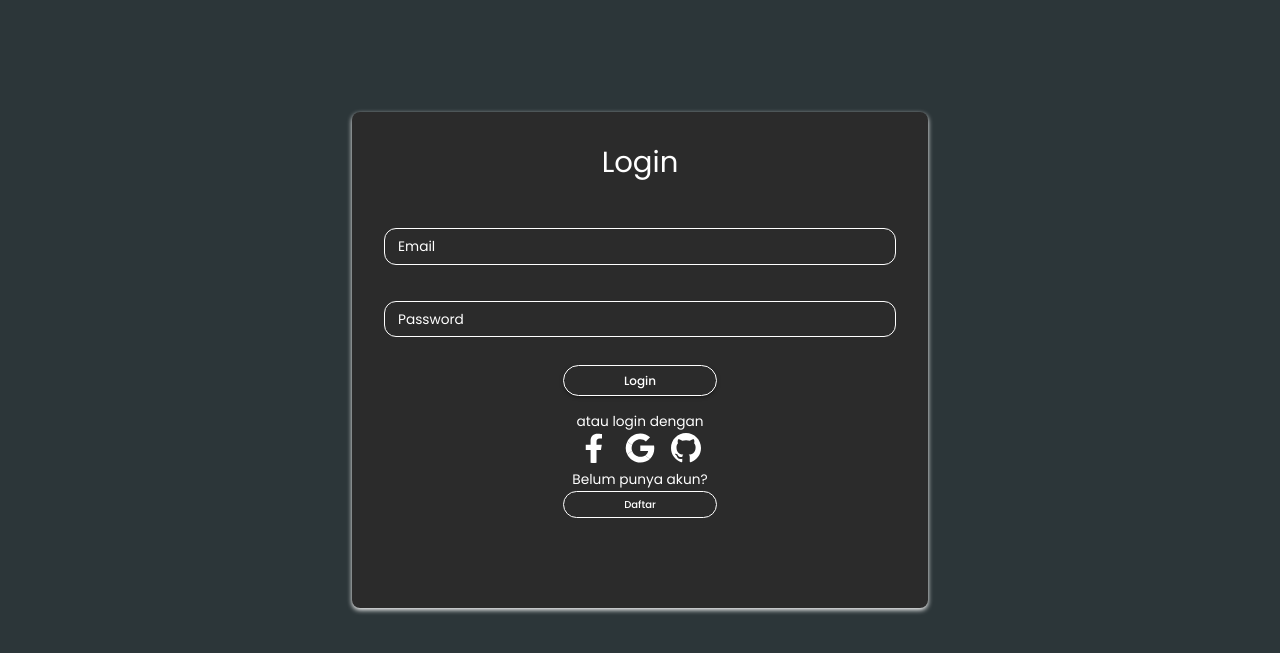
Repository: IzzaSuni/Izza-ToDo
Page: /login
These files come from the project's save history. The page is drawn as it stood at one moment and after the next save; the edit follows.
The browser window is 1280 px wide. The pictures show the whole page.
The project was rebuilt for these pictures with package versions that can differ from the ones it lists, and the page was loaded fresh each time. Also part of the build but not shown: src/App.css, src/services.js, src/utils/Query.js, src/utils/isLogin.js, src/components/List.js, src/components/Filter.js, src/components/ohayo.js, src/components/navbar.js and 2 more.

Above is the page before, as saved 2022-08-19 20:22:18.

### public/index.html
<!DOCTYPE html>
<html lang="en">
  <head>
    <meta charset="utf-8" />
    <link rel="icon" href="%PUBLIC_URL%/AKU.svg" />
    <meta name="viewport" content="width=device-width, initial-scale=1" />
    <meta name="theme-color" content="#000000" />
    <meta name="description" />
    <link rel="apple-touch-icon" href="%PUBLIC_URL%/logo192.png" />
    <!--
      manifest.json provides metadata used when your web app is installed on a
      user's mobile device or desktop. See https://developers.google.com/web/fundamentals/web-app-manifest/
    -->
    <link rel="manifest" href="%PUBLIC_URL%/manifest.json" />
    <!--
      Notice the use of %PUBLIC_URL% in the tags above.
      It will be replaced with the URL of the `public` folder during the build.
      Only files inside the `public` folder can be referenced from the HTML.

      Unlike "/favicon.ico" or "favicon.ico", "%PUBLIC_URL%/favicon.ico" will
      work correctly both with client-side routing and a non-root public URL.
      Learn how to configure a non-root public URL by running `npm run build`.
    -->
    <title>My Notes</title>
  </head>
  <body>
    <noscript>You need to enable JavaScript to run this app.</noscript>
    <div id="root"></div>
    <!--
      This HTML file is a template.
      If you open it directly in the browser, you will see an empty page.

      You can add webfonts, meta tags, or analytics to this file.
      The build step will place the bundled scripts into the <body> tag.

      To begin the development, run `npm start` or `yarn start`.
      To create a production bundle, use `npm run build` or `yarn build`.
    -->
  </body>
</html>

### src/index.js
import React from "react";
import ReactDOM from "react-dom/client";
import "./index.css";
import App from "./App";
import reportWebVitals from "./reportWebVitals";
import { ThemeProvider } from "@mui/material";
import Theme from "./utils/Theme";
const root = ReactDOM.createRoot(document.getElementById("root"));
root.render(
  <ThemeProvider theme={Theme}>
    <React.StrictMode>
      <App />
    </React.StrictMode>
  </ThemeProvider>
);

// If you want to start measuring performance in your app, pass a function
// to log results (for example: reportWebVitals(console.log))
// or send to an analytics endpoint. Learn more: https://bit.ly/CRA-vitals
reportWebVitals();

### src/index.css
@import url("https://fonts.googleapis.com/css2?family=Poppins:ital,wght@0,100;0,200;0,300;0,400;0,500;0,600;0,700;0,800;0,900;1,100;1,200;1,300;1,400;1,500;1,600;1,700;1,800;1,900&display=swap");
body {
  margin: 0;
  font-family: "Poppins", -apple-system, BlinkMacSystemFont, "Segoe UI",
    "Roboto", "Oxygen", "Ubuntu", "Cantarell", "Fira Sans", "Droid Sans",
    "Helvetica Neue", sans-serif;
  -webkit-font-smoothing: antialiased;
  -moz-osx-font-smoothing: grayscale;
  font-smooth: antialiased;
  box-sizing: border-box;
  background-color: #2c3639;
}
button[type="button"] {
  font-size: 10px;
}
svg {
  font-size: 16px !important;
}
code {
  font-family: source-code-pro, Menlo, Monaco, Consolas, "Courier New",
    monospace;
}
#cok:focus-within {
  box-shadow: 0px 1px 0px rgba(0, 0, 0, 0.555);
  transition: all 0.2s;
}
#cok,
#edit {
  box-shadow: 0px;
  transition: all 0.6s;
}
input {
  color: white !important;
  font-family: poppins;
}
textarea {
  color: white !important;
  font-family: poppins;
}
input:-webkit-autofill,
input:-webkit-autofill:hover,
input:-webkit-autofill:focus,
input:-webkit-autofill:active {
  -webkit-box-shadow: 0 0 0 30px #e7f6f2 inset !important;
  box-shadow: 0 0 0 30px #e7f6f2 inset !important;
}
input:disabled {
  -webkit-text-fill-color: black !important;
}
textarea:disabled {
  -webkit-text-fill-color: black !important;
}
#edit:focus-visible {
  box-shadow: 0px 1px 0px rgba(0, 0, 0, 0.555);
  transition: all 0.2s;
}
input#searchBar {
  padding: 4px 8px;
}

.grid {
  display: grid;
  gap: 10px;
  grid-template-columns: repeat(auto-fill, minmax(120px, 1fr));
  grid-template-rows: masonry;
}

.my-masonry-grid {
  display: -webkit-box; /* Not needed if autoprefixing */
  display: -ms-flexbox; /* Not needed if autoprefixing */
  display: flex;
  width: auto;
}
.my-masonry-grid_column {
  /* padding-left: 5px; gutter size */
  background-clip: padding-box;
}

/* Style your items */
.my-masonry-grid_column > div {
  /* change div to reference your elements you put in <Masonry> */
  margin-bottom: 10px;
}

::-webkit-scrollbar {
  width: 6px;
  height: 2px;
}

::-webkit-scrollbar-track {
  box-shadow: inset 0 0 10px transparent;
  border-radius: 10px;
}

/* Handle */
::-webkit-scrollbar-thumb {
  border: 2px solid rgba(0, 0, 0, 0);
  background-clip: padding-box;
  border-radius: 10px;
  background-color: #303030;
}

.shadow {
  box-shadow: 0px 2px 5px white;
}
.MuiPopover-paper {
  background: #2b2b2b !important;
  box-shadow: 0px 2px 5px white !important;
}

/* responsive=============================================================================== */
#mainContainer {
  display: block;
  height: 100vh;
}
@media (max-width: 900px) {
  #mainForm {
    display: none;
  }
  #ohayoSmall {
    text-align: center;
    position: sticky;
    width: 100vw;
  }
  #ohayoBig {
    display: none;
  }

  #listForm {
    width: 100%;
  }
  #buttonAddNotes {
    position: sticky;
    bottom: 0;
    width: 100vw;
    height: 52px !important;
    text-align: center;
    border-radius: 16px 16px 0 0;
  }
}
@media (min-width: 900px) {
  #buttonAddNotes {
    display: none;
  }
  #mainContainer {
    display: block;
  }
  #ohayoSmall {
    display: none;
  }
}

#loginButton:hover {
  background: transparent !important;
}

### src/App.js
import "./App.css";
import Layout from "./components/Layout";
import MainPage from "./components/MainPage";
import { BrowserRouter as Router, Switch, Route } from "react-router-dom";
import Login from "./components/Login";
import CreateAccount from "./components/CreateAccount";

function App({}) {
  return (
    <div className="App">
      <Router>
        <Switch>
          <Route exact path="/publicNote">
            <Layout>
              <MainPage />
            </Layout>
          </Route>
          <Route path={"/login"}>
            <Layout>
              <Login />
            </Layout>
          </Route>
          <Route path={"/signUp"}>
            <Layout>
              <CreateAccount />
            </Layout>
          </Route>
          <Route exact path={"/publicNote/Private"}>
            <Layout>
              <MainPage />
            </Layout>
          </Route>
          <Route path="*">
            <main style={{ padding: "1rem" }}>
              <p>There's nothing here!</p>
            </main>
          </Route>
        </Switch>
      </Router>
    </div>
  );
}

export default App;

### src/utils/Theme.js
import { green } from "@mui/material/colors";
import { createTheme, ThemeProvider } from "@mui/material/styles";

export const background = "#FCE7E7";
export const Black = "#303030";
export const Green = "#E7F634";
export const Disable = "#97A8A8";

export const Screensize = {
  mobile: 0,
  tablet: 900,
  laptop: 1350,
  desktop: 1700,
};

export const colors = {
  background,
  Black,
  Green,
  Disable,
};
export const theme = createTheme({
  breakpoints: {
    values: {
      mobile: 0,
      tablet: 900,
      laptop: 1350,
      desktop: 1700,
    },
  },
  typography: {
    fontFamily: "Poppins",
    fontSize: 12,
    allVariants: {
      color: "white ",
    },
  },
  components: {
    MuiButton: {
      styleOverrides: {
        root: {
          textTransform: "none",
          fontFamily: "Poppins !important",
        },
      },
    },
  },
});

export default theme;

### src/components/Layout.js
import { Box } from "@mui/material";

const Layout = ({ children }) => {
  return (
    <Box
      height={"100vh"}
      width={`calc("100vw - 32px")`}
      display={"flex"}
      alignItems={"center "}
    >
      {children}
    </Box>
  );
};
export default Layout;

### src/components/Login.js
import { Box, Typography } from "@mui/material";
import { makeStyles } from "@mui/styles";
import { useState } from "react";
import { UseDoLogIn } from "../services";
import Input from "./Input";
import { getAuth, signInWithEmailAndPassword } from "firebase/auth";
import { getFirestore } from "firebase/firestore";
import Cookies from "universal-cookie";
import { useHistory } from "react-router-dom";
import Img from "./Img";

const firebaseConfig = {
  apiKey: "AIzaSyAjZX0rIvNdmRXab8sDlkjihku_Bh4y0jg",
  authDomain: "notes-9e77e.firebaseapp.com",
  projectId: "notes-9e77e",
  storageBucket: "notes-9e77e.appspot.com",
  messagingSenderId: "518427613842",
  appId: "1:518427613842:web:af718e1b48a3b7972be44b",
  measurementId: "G-4QZVSNXS15",
};

const useStyles = makeStyles({
  card: {
    height: "60vh",
    width: "40vw",
    background: "#2B2B2B",
    borderRadius: "8px",
    padding: "32px",
  },
  container: {
    height: "100vh",
    width: "100vw",
    display: "flex",
    justifyContent: "center",
    alignItems: "center",
  },
});

export default function Login(prop) {
  const history = useHistory();
  const classes = useStyles();
  const [msg, setMsg] = useState({ type: "", msg: "" });
  const [loading, setLoading] = useState(false);
  const db = getFirestore();
  const auth = getAuth();

  //check if signed

  const signed = prop.signed;
  if (!signed) {
    localStorage.clear();
  } else {
    history.push("/publicNote");
  }

  //generateErr
  const generateErrEmail = (content, type) => {
    if (type === "email") {
      if (content.length === 0) return " ";
      else if (content[content.indexOf("@") + 1] === undefined)
        return "format e-mail salah";
      else if (content.length > 0 && content.indexOf("@") === -1)
        return "format e-mail salah";
      else return " ";
    } else {
      if (content.length === 0) return "";
      if (content.length > 0 && content.length < 6)
        return "minimal password 8 karakter";
      else return " ";
    }
  };

  //handleSubmit
  const submit = (e) => {
    setLoading(true);
    e.preventDefault();
    const email = e.target[0].value;
    const password = e.target[2].value;
    signInWithEmailAndPassword(auth, email, password)
      .then((e) => {
        const cookies = new Cookies();
        cookies.set("akikToken", e._tokenResponse.idToken, {
          path: "/",
          maxAge: 43200,
        });
        setMsg({ type: "success", msg: "berhasil login" });
        setLoading(false);
        history.push(`/publicNote/Private?user=${e.user.displayName}`);
      })
      .catch((err) => {
        if (err.code === "auth/wrong-password")
          setMsg({ msg: "Maaf email atau password salah 👀", type: "error" });
        if (err.code === "auth/user-not-found")
          setMsg({ msg: "Maaf user tidak ditemukan 👀", type: "error" });
        setLoading(false);
        return err;
      });
  };

  //handleChangeE
  const handleChangeE = (e) => {
    const helperE = document.getElementById("helperEmail");
    const msg = generateErrEmail(e.target.value, "email");
    if (msg === "e-mail sesuai format") helperE.style.color = "green";
    else {
      helperE.style.color = "yellow ";
    }
    helperE.innerHTML = msg;
  };

  //handleChangeE
  const handleChangeU = (e) => {
    const helperE = document.getElementById("helperEmail");
    const msg = generateErrEmail(e.target.value, "email");
    if (msg === "e-mail sesuai format") helperE.style.color = "green";
    else {
      helperE.style.color = "yellow ";
    }
    helperE.innerHTML = msg;
  };

  //handleChangeP
  const handleChangeP = (e) => {
    const helperP = document.getElementById("helperPass");
    const msg = generateErrEmail(e.target.value, "pass");
    if (msg === "sukses") helperP.style.color = "green";
    else {
      helperP.style.color = "yellow ";
    }
    helperP.innerHTML = msg;
  };

  //return
  return (
    <Box className={classes.container}>
      <Box className={`${classes.card} shadow`}>
        <Typography textAlign="center" variant={"h4"}>
          Login
        </Typography>
        <Box marginY={6}>
          <form onSubmit={submit}>
            <Box>
              <Input
                type="email"
                label={"Email"}
                inputType="text"
                hdlChange={handleChangeE}
              />
              <Box height={"12px"} mt={1} pl="14px">
                <Typography id="helperEmail"></Typography>
              </Box>
            </Box>

            <Box mt={2}>
              <Input
                type="email"
                label="Password"
                inputType={"password"}
                hdlChange={handleChangeP}
              />
              <Box height={"12px"} my={1} pl="14px">
                <Typography id="helperPass" />
              </Box>
            </Box>
            <Box display="flex" justifyContent={"center"} pb={2}>
              <Input
                type={"buttonLoading"}
                loading={loading}
                className={{ width: "30%" }}
              >
                Login
              </Input>
            </Box>
            <Box>
              <Typography textAlign={"center"}>atau login dengan</Typography>
            </Box>
            <Box display="inline-flex" justifyContent={"center"} width='100%' >
              <Img src="/facebook.svg" px={"8px"} />
              <Img src="/google.svg" px={"8px"} />
              <Img src="/Github.svg" px={"8px"} />
            </Box>
            <Typography textAlign={"center"}>Belum punya akun?</Typography>
            <Box display="flex" justifyContent={"center"}>
              <Input
                type={"buttonCustom"}
                loading={loading}
                className={{ width: "30%" }}
              >
                Daftar
              </Input>
            </Box>
          </form>
        </Box>
        <Typography textAlign="center">{msg.msg}</Typography>
      </Box>
    </Box>
  );
}

### src/components/Input.js
import { makeStyles } from "@mui/styles";
import {
  Box,
  Button,
  FormControl,
  InputAdornment,
  InputBase,
  InputLabel,
  MenuItem,
  Select,
  TextField,
  Typography,
} from "@mui/material";
//icons
import EditIcon from "@mui/icons-material/Edit";
import DeleteIcon from "@mui/icons-material/Delete";
import ClearIcon from "@mui/icons-material/Clear";
import DoneIcon from "@mui/icons-material/Done";
import { useState } from "react";
import { LoadingButton } from "@mui/lab";

const useStyles = makeStyles({
  paper: {
    height: "100%",
    width: "20%",
    background: "#E7F6F2 !important",
    borderRadius: "16px",
    overflow: "auto",
  },
  paperList: {
    height: "100%",
    width: "80%",
    flexWrap: "wrap",
    background: "#CEE5D0 !important",
    overflow: "auto",
  },
  Button: {
    "&.MuiButton-root": {
      textTransform: "none !important",
      color: "white",
      background: "transparent ",
      borderRadius: "32px",
      border: "1px solid white",
      padding: "4px 16px",
      "&:hover": {
        background: "#693737",
        color: "white ",
      },
      "&:active": {
        background: "#693737",
        color: "white ",
      },
      "& .MuiLoadingButton-loadingIndicator": {
        color: "white !important",
      },
      "&.Mui-disabled": {
        color: "rgba(255, 255, 255, 0.541)",
      },
    },
  },
  TextField: {
    "&:hover fieldset": {
      borderColor: "#100F0F !important",
      color: "white",
    },
    "& label.Mui-focused": {
      color: "white",
    },
    "& fieldset": {
      borderColor: "white !important",
    },
    "&.Mui-focused fieldset": {
      borderColor: "white !important",
    },
    "& .MuiOutlinedInput-root": {
      borderRadius: "12px !important",
      color: "white",
    },
  },
  TextFields: {
    "& .MuiInputBase-input": {
      padding: "0px !important",
      borderBottom: "1px white dashed !important",
      width: "100%",
    },
  },
  login: {
    "&:hover fieldset": {
      borderColor: "white !important",
    },
    "& label.Mui-focused": {
      color: "black",
    },
    "& fieldset": {
      borderColor: "white !important",
    },
    "&.Mui-focused fieldset": {
      borderColor: "white !important",
    },
    "& .MuiOutlinedInput-root": {
      borderRadius: "12px !important",
    },
  },
  form: {
    justifytitle: "space-between",
    width: ` 100% `,
    marginTop: "32px",
  },
  editForm: { width: "100%", display: "flex", padding: "0px 8px" },
  smallBox: {
    height: "10px",
    width: "10px",
    marginRight: "32px",
    borderRadius: "16px",
    paddingLeft: "16px",
    border: "1px dashed black",
  },
  Menu: {
    "&.MuiMenu-list": {
      background: "#2B2B2B",
      borderRadius: "12px",
      padding: "16px",
      width: "250px",
    },
    "& .MuiMenuItem-root": {
      padding: "0px",
    },
  },
});

export default function Input({
  type,
  select,
  hdlChange,
  children,
  defVal,
  hdlEdit,
  onClickBtn,
  color,
  className,
  label,
  placeholder,
  inputType,
  loading,
  maxchar,
  isdisabled,
  icon,
  id,
}) {
  const [anchorEl, setAnchorEl] = useState(null);

  const renderButton = ({ value, type }) => {
    return type === "delete" ? (
      value.isedit ? (
        <>
          <DoneIcon />
        </>
      ) : (
        <>
          <DeleteIcon />
        </>
      )
    ) : value.isedit ? (
      <>
        <ClearIcon sx={{ ml: 1 }} />
      </>
    ) : (
      <>
        <EditIcon sx={{ ml: 1 }} />
      </>
    );
  };

  const classes = useStyles();
  const renderInput = () => {
    switch (type) {
      case "text":
        return (
          <TextField
            size={"small"}
            label={"Title"}
            placeholder="Type the title here"
            className={classes.TextField}
            required
            inputProps={{ maxLength: "20" }}
            sx={{ width: "100%", marginBottom: 3 }}
          />
        );
      case "email":
        return (
          <TextField
            size={"small"}
            label={label}
            placeholder={label}
            className={classes.login}
            type={inputType}
            inputProps={{ maxLength: maxchar }}
            InputProps={icon}
            sx={{
              width: "100%",
              marginBottom: 3,
              "&.MuiFormControl-root": {
                marginBottom: 0,
              },
              "& .Mui-focused": {
                color: "white !important",
              },
            }}
            onChange={hdlChange}
          />
        );
      case "multiline":
        return (
          <TextField
            label={"Description"}
            size={"medium"}
            placeholder="Type the description here"
            className={classes.TextField}
            multiline
            sx={{ width: "100%", marginBottom: 3, borderRadius: 12 }}
          />
        );
      case "select":
        return (
          <FormControl
            fullWidth
            className={`${classes.TextField} `}
            sx={{
              marginBottom: "24px",
            }}
            id="kontol"
          >
            <InputLabel id="catLabel">Select Category</InputLabel>
            <Select
              id="catuu"
              label="Select Category"
              onChange={hdlChange}
              defaultChecked={false}
              required
              className={`${classes.Menu}`}
            >
              <MenuItem value={"Reminder"} disabled>
                Select a category
              </MenuItem>
              <MenuItem value={"Work"}>Work</MenuItem>
              <MenuItem value={"To do"}>To do</MenuItem>
              <MenuItem value={"Money"}>Money</MenuItem>
              <MenuItem value={"Reminder"}>Reminder</MenuItem>
              <MenuItem value={"Assignment"}>Task</MenuItem>
              <MenuItem value={"Study"}>Study</MenuItem>
            </Select>
          </FormControl>
        );

      case "button":
        return (
          <Button
            disableRipple
            type="submit"
            variant="contained"
            className={classes.Button}
            sx={className}
          >
            {children}
          </Button>
        );
      case "buttonLoading":
        return (
          <LoadingButton
            disableRipple
            type="submit"
            variant="contained"
            loading={loading}
            className={classes.Button}
            sx={className}
            disabled={isdisabled}
            loadingPosition="end"
          >
            {children}
          </LoadingButton>
        );
      case "buttonCustom":
        return (
          <Button
            disableRipple
            type="button"
            onClick={onClickBtn}
            className={`${classes.Button}`}
            id={id}
            style={className}
          >
            {children}
          </Button>
        );

      case "editTitle":
        return (
          <InputBase
            defaultValue={defVal.title}
            onChange={hdlEdit}
            className={classes.TextFields}
            disabled={defVal.isedit === true ? false : true}
            sx={{
              fontSize: "16px !important",
            }}
          />
        );
      case "editDesc":
        return (
          <InputBase
            sx={{
              width: "100%",
              padding: "0px !important",
              mt: 2,
              lineHeight: "18px",
            }}
            defaultValue={defVal.desc}
            onChange={hdlEdit}
            className={classes.TextFields}
            disabled={defVal.isedit === true ? false : true}
            multiline
          />
        );
      case "divider":
        return (
          <Box
            height={"1px"}
            width="100%"
            bgcolor={"#CEE5D0"}
            mx={2}
            variant="middle"
            alignSelf={"center "}
          />
        );
      default:
        break;
    }
  };
  return renderInput();
}

### src/components/Img.js
import { Box } from "@mui/system";

const Img = ({ width = "30px", height = "30px", src,px }) => {
  return (
    <Box>
      <img
        src={process.env.PUBLIC_URL + src}
        style={{ height: height, width: width, padding: `0 ${px}` }}
        alt={src}
      />
    </Box>
  );
};

export default Img;

Loaded but not shown: src/reportWebVitals.js (common file)

After the next save:
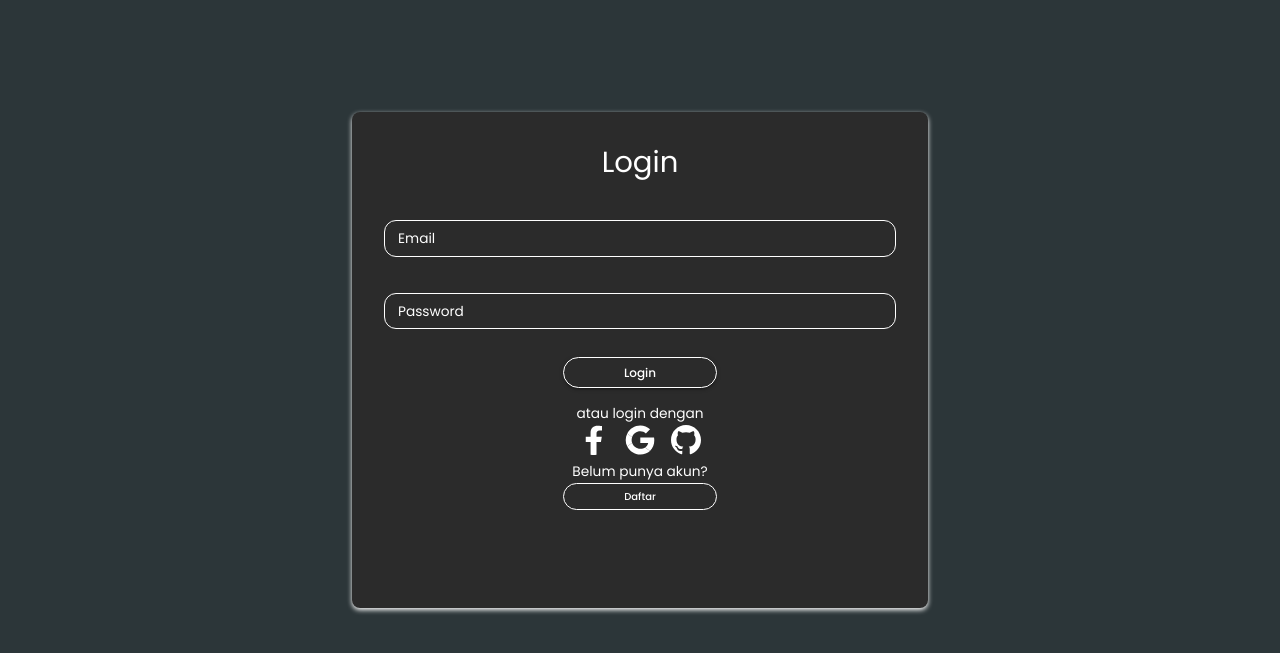
Saved 2 min 23 s later.
--- a/src/components/Login.js
+++ b/src/components/Login.js
@@ -137,7 +137,7 @@ export default function Login(prop) {
         <Typography textAlign="center" variant={"h4"}>
           Login
         </Typography>
-        <Box marginY={6}>
+        <Box marginY={5}>
           <form onSubmit={submit}>
             <Box>
               <Input
